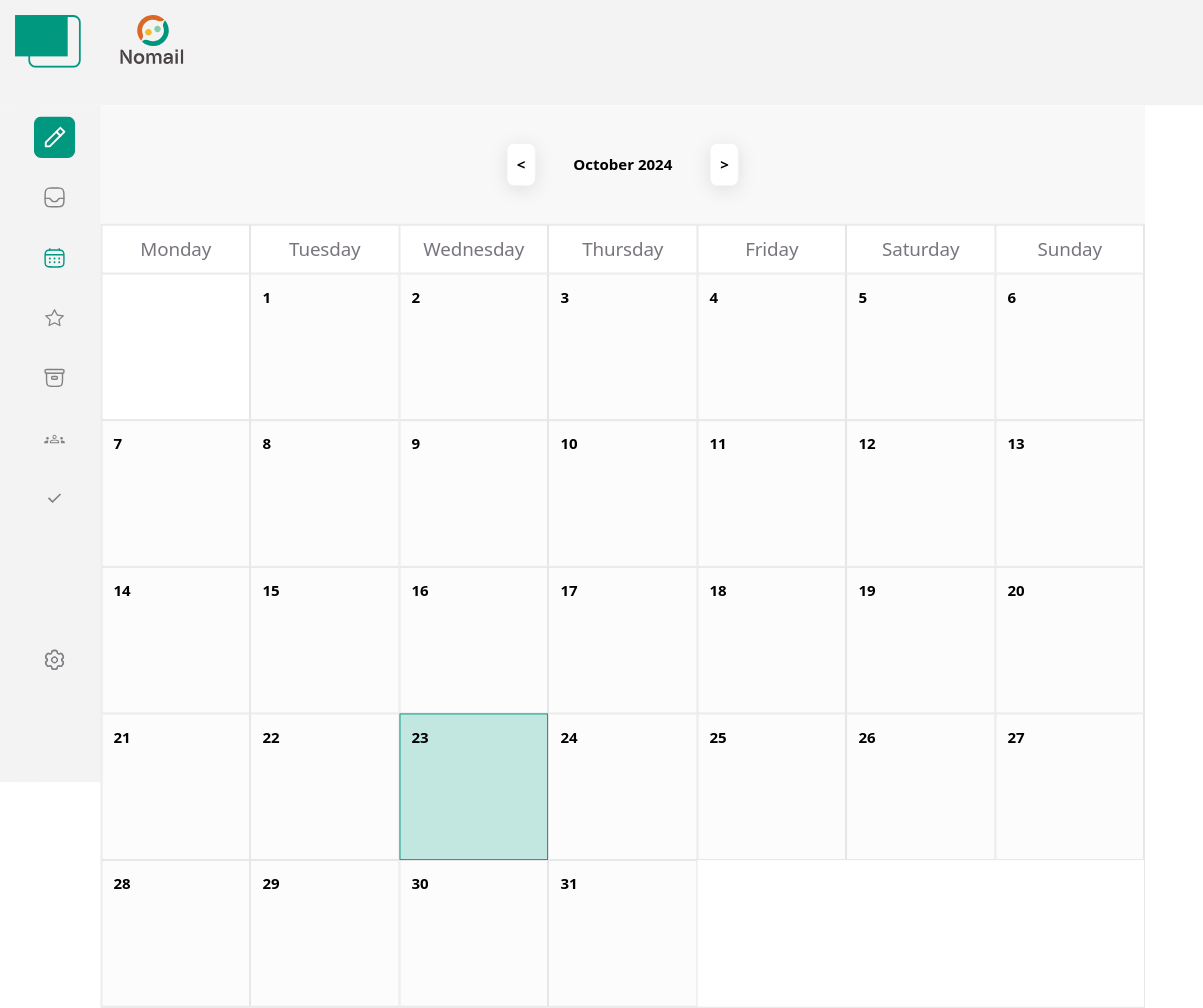
Repository: Tofigkh1/Nomail-App
Page: /calendar
These files come from the project's save history. The page is drawn as it stood at one moment and after the next save; the edit follows.
The browser window is 1280 px wide. The pictures show the whole page, at 94% of full size.
The project was rebuilt for these pictures with package versions that can differ from the ones it lists, and the page was loaded fresh each time. The framework's server and built-in components were replaced by stand-ins that run in the browser. Also part of the build but not shown: next.config.mjs, components/shared/svg/calendarSvg.jsx.

Above is the page before, as saved 2024-10-23 03:18:16.

### app/layout.tsx
import type { Metadata } from "next";
import localFont from "next/font/local";
import "./Styles/globals.css";
import Header from "@/components/shared/client/Header/header";

const geistSans = localFont({
  src: "./fonts/GeistVF.woff",
  variable: "--font-geist-sans",
  weight: "100 900",
});
const geistMono = localFont({
  src: "./fonts/GeistMonoVF.woff",
  variable: "--font-geist-mono",
  weight: "100 900",
});

export const metadata: Metadata = {
  title: "Create Next App",
  description: "Generated by create next app",
};

export default function RootLayout({
  children,
}: Readonly<{
  children: React.ReactNode;
}>) {
  return (
    <html lang="en">
      <body
        className={`${geistSans.variable} ${geistMono.variable} antialiased`}
      >
        {children}

      </body>
    </html>
  );
}

### app/Styles/globals.css
@tailwind base;
@tailwind components;
@tailwind utilities;


.App {
  font-family: sans-serif;
  text-align: center;
}


:root {
  --background: #ffffff;
  --foreground: #171717;
}

@media (prefers-color-scheme: dark) {
  :root {
    --background: #0a0a0a;
    --foreground: #ededed;
  }
}


@layer utilities {
  .text-balance {
    text-wrap: balance;
  }
}

### components/shared/client/Header/header.tsx
import { useContext } from "react";
import { SidebarContext } from '../SideBarMenu/sideBarMenu'; // Import context
import NomailLogo from "@/components/shared/svg/headerlLogoSvg";
import HamburgerBtnSvg from "../../svg/hamburgerBtnSvg"



export default function Header() {

    const { expanded, setExpanded } = useContext(SidebarContext); // Access context

    return (
        <div className="flex items-center justify-between p-4 bg-headerColor text-white">
            <div className='w-auto h-20 flex gap-14'>

                <div>
                    <button onClick={() => setExpanded(!expanded)}
                            className="pl-3.5 bg-textColorGreen hover:bg-clientButtonGreen w-14 h-11">
                        <HamburgerBtnSvg/>
                    </button>
                </div>

                <div>
                    <NomailLogo/>
                </div>


            </div>
        </div>
    );
}

### components/shared/client/SideBarMenu/sideBarMenu.tsx
import React, { useState, useContext, ReactNode } from "react";
import { ChevronFirst, ChevronLast } from "lucide-react";

export const SidebarContext = React.createContext<{ expanded: boolean; setExpanded: (expanded: boolean) => void; }>({
    expanded: false,
    setExpanded: () => {},
});

// Sidebar component now depends on context for state
export default function Sidebar({ children }: { children: ReactNode }) {
    const { expanded, setExpanded } = useContext(SidebarContext);

    return (
        <aside className="h-screen bg-headerColor">
            <nav
                className={`h-full flex flex-col bg-headerColor border-r border-whiteLight3 transition-all duration-200 ease-in-out ml-3 ${expanded ? "w-[127%] h-[130%] " : "w-[99px]"}`}>

                <ul className=" flex-1 px-3">{children}</ul>
            </nav>
        </aside>
    );
}

// SidebarItem component for individual items inside the sidebar
type SidebarItemProps = {
    icon: ReactNode;   // Icon to display in the sidebar item
    text: string;      // Text to display in the sidebar item
    active: boolean;   // Boolean to determine if the item is active (highlighted)
    onClick: () => void; // Add onClick function to handle clicks
    style?: React.CSSProperties;
};

export function SidebarItem({icon, text, active, onClick,style}: SidebarItemProps) {
    const context = useContext(SidebarContext); // Sidebar context to manage expanded/collapsed state
    const {expanded} = context!;

    return (
        <li
            onClick={onClick} // Attach the click handler here
            style={style}
            className={`group relative flex items-center py-2 px-3 my-1 font-medium rounded-md cursor-pointer duration-300 ease-in-out transition-colors
          ${
                active
                    ? " text-mainRedLight " // Active item style
                    : " text-gray-600 " // Hover style for non-active items
            }`}
        >

            <span className="text-xl transition-all duration-300 ease-in-out">
        {icon}
      </span>

            {/* Text büyütüldü ve boşluk artırıldı */}
            {expanded && (
                <span className="ml-4 text-xl text-black transition-all duration-300 ease-in-out ">
          {text}
        </span>
            )}

            {/* Navbar kapalıyken hover ile çıkan isimler için arka plan yeşil yapıldı */}
            {!expanded && (
                <span
                    className={` absolute left-full whitespace-nowrap bg-textColorGreen text-white rounded-md py-1 px-2 transition-all duration-300 ease-in-out ml-2 opacity-0 group-hover:opacity-100`}
                >
          {text}
        </span>
            )}
        </li>
    );
}

### components/shared/svg/newMail.jsx
'use client'
export default function  newMail(){
    return(
        <>
            <svg width="44" height="44" viewBox="0 0 44 44" fill="none" xmlns="http://www.w3.org/2000/svg">
                <rect width="44" height="44" rx="8" fill="#00987F"/>
                <path fill-rule="evenodd" clip-rule="evenodd"
                      d="M27.5115 11.2439C27.902 10.8534 28.5351 10.8534 28.9257 11.2438L33.1687 15.4863C33.3562 15.6739 33.4616 15.9282 33.4616 16.1935C33.4616 16.4587 33.3562 16.7131 33.1687 16.9006L17.6122 32.4571C17.4247 32.6446 17.1703 32.75 16.9051 32.75H12.6626C12.1103 32.75 11.6626 32.3023 11.6626 31.75V27.5075C11.6626 27.2423 11.768 26.9879 11.9555 26.8004L27.5115 11.2439ZM28.2187 13.3652L13.6626 27.9217V30.75H16.4909L31.0473 16.1935L28.2187 13.3652Z"
                      fill="white"/>
                <path fill-rule="evenodd" clip-rule="evenodd"
                      d="M23.269 15.4864C23.6595 15.0959 24.2927 15.0959 24.6832 15.4864L28.9257 19.7289C29.3162 20.1194 29.3162 20.7526 28.9257 21.1431C28.5352 21.5336 27.902 21.5336 27.5115 21.1431L23.269 16.9006C22.8784 16.5101 22.8784 15.8769 23.269 15.4864Z"
                      fill="white"/>
            </svg>


        </>
    )
}

### components/shared/svg/FavoritesSvg.jsx
'use client'
export default function  favoritesSvg(){
    return(
        <>
            <svg width="44" height="44" viewBox="0 0 44 44" fill="none" xmlns="http://www.w3.org/2000/svg">
                <path
                    d="M15.5808 30.2201C15.4833 30.7528 16.0307 31.1692 16.5132 30.9316L22.0006 28.2246L27.4868 30.9316C27.9693 31.1692 28.5168 30.7528 28.4193 30.2213L27.3818 24.5457L31.7842 20.5188C32.1967 20.142 31.9842 19.4533 31.4317 19.3789L25.3093 18.5438L22.5794 13.3517C22.5274 13.2465 22.4453 13.1576 22.3428 13.0953C22.2402 13.0331 22.1214 13 22 13C21.8787 13 21.7598 13.0331 21.6573 13.0953C21.5547 13.1576 21.4727 13.2465 21.4206 13.3517L18.6907 18.545L12.5683 19.3801C12.0171 19.4545 11.8033 20.1432 12.2146 20.52L16.6182 24.5469L15.5808 30.2225V30.2201ZM21.7119 26.8999L17.1045 29.1725L17.972 24.4245C17.9928 24.3152 17.9852 24.2026 17.9496 24.0969C17.914 23.9911 17.8517 23.8955 17.7682 23.8185L14.1358 20.4948L19.2007 19.8037C19.3054 19.788 19.4046 19.7484 19.4901 19.6883C19.5756 19.6281 19.6448 19.5492 19.6919 19.4581L21.9981 15.0688L24.3068 19.4581C24.354 19.5492 24.4232 19.6281 24.5086 19.6883C24.5941 19.7484 24.6934 19.788 24.7981 19.8037L29.863 20.4936L26.2306 23.8173C26.1469 23.8944 26.0844 23.9903 26.0488 24.0962C26.0133 24.2022 26.0057 24.315 26.0268 24.4245L26.8943 29.1725L22.2869 26.8999C22.1979 26.8555 22.0991 26.8324 21.9988 26.8324C21.8985 26.8324 21.8009 26.8555 21.7119 26.8999Z"
                    fill="#A4A4A9"/>
                <path
                    d="M15.5808 30.2201C15.4833 30.7528 16.0307 31.1692 16.5132 30.9316L22.0006 28.2246L27.4868 30.9316C27.9693 31.1692 28.5168 30.7528 28.4193 30.2213L27.3818 24.5457L31.7842 20.5188C32.1967 20.142 31.9842 19.4533 31.4317 19.3789L25.3093 18.5438L22.5794 13.3517C22.5274 13.2465 22.4453 13.1576 22.3428 13.0953C22.2402 13.0331 22.1214 13 22 13C21.8787 13 21.7598 13.0331 21.6573 13.0953C21.5547 13.1576 21.4727 13.2465 21.4206 13.3517L18.6907 18.545L12.5683 19.3801C12.0171 19.4545 11.8033 20.1432 12.2146 20.52L16.6182 24.5469L15.5808 30.2225V30.2201ZM21.7119 26.8999L17.1045 29.1725L17.972 24.4245C17.9928 24.3152 17.9852 24.2026 17.9496 24.0969C17.914 23.9911 17.8517 23.8955 17.7682 23.8185L14.1358 20.4948L19.2007 19.8037C19.3054 19.788 19.4046 19.7484 19.4901 19.6883C19.5756 19.6281 19.6448 19.5492 19.6919 19.4581L21.9981 15.0688L24.3068 19.4581C24.354 19.5492 24.4232 19.6281 24.5086 19.6883C24.5941 19.7484 24.6934 19.788 24.7981 19.8037L29.863 20.4936L26.2306 23.8173C26.1469 23.8944 26.0844 23.9903 26.0488 24.0962C26.0133 24.2022 26.0057 24.315 26.0268 24.4245L26.8943 29.1725L22.2869 26.8999C22.1979 26.8555 22.0991 26.8324 21.9988 26.8324C21.8985 26.8324 21.8009 26.8555 21.7119 26.8999Z"
                    fill="black" fill-opacity="0.2"/>
            </svg>


        </>
    )
}

### components/shared/svg/ArchiveSvg.jsx
'use client'
export default function archiveSvg(){
    return(
        <>
            <svg width="44" height="44" viewBox="0 0 44 44" fill="none" xmlns="http://www.w3.org/2000/svg">
                <path
                    d="M19 22C19 21.534 19 21.301 19.076 21.117C19.1777 20.8725 19.3723 20.6783 19.617 20.577C19.801 20.5 20.034 20.5 20.5 20.5H23.5C23.966 20.5 24.199 20.5 24.383 20.576C24.6275 20.6777 24.8217 20.8723 24.923 21.117C25 21.301 25 21.534 25 22C25 22.466 25 22.699 24.924 22.883C24.8223 23.1275 24.6277 23.3217 24.383 23.423C24.199 23.5 23.966 23.5 23.5 23.5H20.5C20.034 23.5 19.801 23.5 19.617 23.424C19.3725 23.3223 19.1783 23.1277 19.077 22.883C19 22.699 19 22.466 19 22Z"
                    stroke="#A4A4A9" stroke-width="1.5"/>
                <path
                    d="M19 22C19 21.534 19 21.301 19.076 21.117C19.1777 20.8725 19.3723 20.6783 19.617 20.577C19.801 20.5 20.034 20.5 20.5 20.5H23.5C23.966 20.5 24.199 20.5 24.383 20.576C24.6275 20.6777 24.8217 20.8723 24.923 21.117C25 21.301 25 21.534 25 22C25 22.466 25 22.699 24.924 22.883C24.8223 23.1275 24.6277 23.3217 24.383 23.423C24.199 23.5 23.966 23.5 23.5 23.5H20.5C20.034 23.5 19.801 23.5 19.617 23.424C19.3725 23.3223 19.1783 23.1277 19.077 22.883C19 22.699 19 22.466 19 22Z"
                    stroke="black" stroke-opacity="0.2" stroke-width="1.5"/>
                <path
                    d="M30.5 17V23C30.5 26.771 30.5 28.657 29.328 29.828C28.157 31 26.271 31 22.5 31H21.5C17.729 31 15.843 31 14.672 29.828C13.5 28.657 13.5 26.771 13.5 23V17"
                    stroke="#A4A4A9" stroke-width="1.5" stroke-linecap="round"/>
                <path
                    d="M30.5 17V23C30.5 26.771 30.5 28.657 29.328 29.828C28.157 31 26.271 31 22.5 31H21.5C17.729 31 15.843 31 14.672 29.828C13.5 28.657 13.5 26.771 13.5 23V17"
                    stroke="black" stroke-opacity="0.2" stroke-width="1.5" stroke-linecap="round"/>
                <path
                    d="M12 15C12 14.057 12 13.586 12.293 13.293C12.586 13 13.057 13 14 13H30C30.943 13 31.414 13 31.707 13.293C32 13.586 32 14.057 32 15C32 15.943 32 16.414 31.707 16.707C31.414 17 30.943 17 30 17H14C13.057 17 12.586 17 12.293 16.707C12 16.414 12 15.943 12 15Z"
                    stroke="#A4A4A9" stroke-width="1.5"/>
                <path
                    d="M12 15C12 14.057 12 13.586 12.293 13.293C12.586 13 13.057 13 14 13H30C30.943 13 31.414 13 31.707 13.293C32 13.586 32 14.057 32 15C32 15.943 32 16.414 31.707 16.707C31.414 17 30.943 17 30 17H14C13.057 17 12.586 17 12.293 16.707C12 16.414 12 15.943 12 15Z"
                    stroke="black" stroke-opacity="0.2" stroke-width="1.5"/>
            </svg>

        </>
    )
}

### components/shared/svg/TodoSvg.jsx
'use client'
export default function  todoSvg(){
    return(
        <>
            <svg width="44" height="44" viewBox="0 0 44 44" fill="none" xmlns="http://www.w3.org/2000/svg">
                <path d="M19.8957 27L15 22.2599L16.2239 21.0748L19.8957 24.6299L27.7761 17L29 18.185L19.8957 27Z"
                      fill="#A4A4A9"/>
                <path d="M19.8957 27L15 22.2599L16.2239 21.0748L19.8957 24.6299L27.7761 17L29 18.185L19.8957 27Z"
                      fill="black" fill-opacity="0.2"/>
            </svg>

        </>
    )
}

### components/shared/svg/calendarActiveSvg.jsx
'use client'
export default function  calendarActiveSvg(){
    return(
        <>



     <svg width="44" height="44" viewBox="0 0 44 44" fill="none" xmlns="http://www.w3.org/2000/svg">
<path fill-rule="evenodd" clip-rule="evenodd" d="M15.711 14.8898C14.7049 15.0251 14.1254 15.2789 13.7026 15.7021C13.2793 16.125 13.0251 16.7049 12.8898 17.711C12.7516 18.7386 12.75 20.0933 12.75 22V24C12.75 25.9067 12.7516 27.2614 12.8898 28.289C13.0251 29.2951 13.2789 29.8746 13.7021 30.2974C14.125 30.7207 14.7049 30.9749 15.711 31.1102C16.7386 31.2484 18.0933 31.25 20 31.25H24C25.9067 31.25 27.2614 31.2484 28.289 31.1102C29.2951 30.9749 29.8746 30.7211 30.2974 30.2979C30.7207 29.875 30.9749 29.2951 31.1102 28.289C31.2484 27.2614 31.25 25.9067 31.25 24V22C31.25 20.0933 31.2484 18.7386 31.1102 17.711C30.9749 16.7049 30.7211 16.1254 30.2979 15.7026C29.875 15.2793 29.2951 15.0251 28.289 14.8898C27.2614 14.7516 25.9067 14.75 24 14.75H20C18.0933 14.75 16.7386 14.7516 15.711 14.8898ZM19.9436 13.25H24.0564C25.8941 13.25 27.3497 13.25 28.489 13.4032C29.6612 13.5608 30.6101 13.893 31.3581 14.6414C32.1069 15.3896 32.4391 16.3386 32.5968 17.511C32.75 18.6503 32.75 20.1059 32.75 21.9436V24.0565C32.75 25.8941 32.75 27.3498 32.5968 28.489C32.4391 29.6613 32.1069 30.6102 31.3583 31.3583C30.6102 32.1069 29.6613 32.4391 28.489 32.5968C27.3498 32.75 25.8941 32.75 24.0565 32.75H19.9436C18.1059 32.75 16.6503 32.75 15.511 32.5968C14.3386 32.4391 13.3896 32.1069 12.6414 31.3581C11.893 30.6101 11.5608 29.6612 11.4032 28.489C11.25 27.3497 11.25 25.8941 11.25 24.0564V21.9436C11.25 20.1059 11.25 18.6503 11.4032 17.511C11.5609 16.3387 11.8931 15.3898 12.6417 14.6417C13.3898 13.8931 14.3387 13.5609 15.511 13.4032C16.6503 13.25 18.1059 13.25 19.9436 13.25Z" fill="#00987F"/>
<path fill-rule="evenodd" clip-rule="evenodd" d="M17 11.75C17.4142 11.75 17.75 12.0858 17.75 12.5V14C17.75 14.4142 17.4142 14.75 17 14.75C16.5858 14.75 16.25 14.4142 16.25 14V12.5C16.25 12.0858 16.5858 11.75 17 11.75ZM27 11.75C27.4142 11.75 27.75 12.0858 27.75 12.5V14C27.75 14.4142 27.4142 14.75 27 14.75C26.5858 14.75 26.25 14.4142 26.25 14V12.5C26.25 12.0858 26.5858 11.75 27 11.75ZM11.75 19C11.75 18.5858 12.0858 18.25 12.5 18.25H31.5C31.9142 18.25 32.25 18.5858 32.25 19C32.25 19.4142 31.9142 19.75 31.5 19.75H12.5C12.0858 19.75 11.75 19.4142 11.75 19Z" fill="#00987F"/>
<path d="M28 27C28 27.2652 27.8946 27.5196 27.7071 27.7071C27.5196 27.8946 27.2652 28 27 28C26.7348 28 26.4804 27.8946 26.2929 27.7071C26.1054 27.5196 26 27.2652 26 27C26 26.7348 26.1054 26.4804 26.2929 26.2929C26.4804 26.1054 26.7348 26 27 26C27.2652 26 27.5196 26.1054 27.7071 26.2929C27.8946 26.4804 28 26.7348 28 27ZM28 23C28 23.2652 27.8946 23.5196 27.7071 23.7071C27.5196 23.8946 27.2652 24 27 24C26.7348 24 26.4804 23.8946 26.2929 23.7071C26.1054 23.5196 26 23.2652 26 23C26 22.7348 26.1054 22.4804 26.2929 22.2929C26.4804 22.1054 26.7348 22 27 22C27.2652 22 27.5196 22.1054 27.7071 22.2929C27.8946 22.4804 28 22.7348 28 23ZM23 27C23 27.2652 22.8946 27.5196 22.7071 27.7071C22.5196 27.8946 22.2652 28 22 28C21.7348 28 21.4804 27.8946 21.2929 27.7071C21.1054 27.5196 21 27.2652 21 27C21 26.7348 21.1054 26.4804 21.2929 26.2929C21.4804 26.1054 21.7348 26 22 26C22.2652 26 22.5196 26.1054 22.7071 26.2929C22.8946 26.4804 23 26.7348 23 27ZM23 23C23 23.2652 22.8946 23.5196 22.7071 23.7071C22.5196 23.8946 22.2652 24 22 24C21.7348 24 21.4804 23.8946 21.2929 23.7071C21.1054 23.5196 21 23.2652 21 23C21 22.7348 21.1054 22.4804 21.2929 22.2929C21.4804 22.1054 21.7348 22 22 22C22.2652 22 22.5196 22.1054 22.7071 22.2929C22.8946 22.4804 23 22.7348 23 23ZM18 27C18 27.2652 17.8946 27.5196 17.7071 27.7071C17.5196 27.8946 17.2652 28 17 28C16.7348 28 16.4804 27.8946 16.2929 27.7071C16.1054 27.5196 16 27.2652 16 27C16 26.7348 16.1054 26.4804 16.2929 26.2929C16.4804 26.1054 16.7348 26 17 26C17.2652 26 17.5196 26.1054 17.7071 26.2929C17.8946 26.4804 18 26.7348 18 27ZM18 23C18 23.2652 17.8946 23.5196 17.7071 23.7071C17.5196 23.8946 17.2652 24 17 24C16.7348 24 16.4804 23.8946 16.2929 23.7071C16.1054 23.5196 16 23.2652 16 23C16 22.7348 16.1054 22.4804 16.2929 22.2929C16.4804 22.1054 16.7348 22 17 22C17.2652 22 17.5196 22.1054 17.7071 22.2929C17.8946 22.4804 18 22.7348 18 23Z" fill="#00987F"/>
</svg>



        </>
    )
}

### components/shared/svg/hamburgerBtnSvg.jsx
'use client'
export default function  HamburgerBtnSvg(){
    return(
        <>
            <svg width="56" height="56" viewBox="0 0 56 56" fill="none" xmlns="http://www.w3.org/2000/svg">
                <rect x="1" y="1" width="54" height="54" rx="7" stroke="#00987F" stroke-width="2"/>
                <path d="M19 22H37V24H19V22ZM19 27H37V29H19V27ZM19 32H37V34H19V32Z" fill="#00987F"/>
            </svg>


        </>
    )
}

### components/shared/client/Calendar/Calendar.css
.calendar-container {
    width: 90%;
    background-color: #f8f8f8;
    color: black;
    margin: 0 auto;
  }

  .calendar-header {
    display: flex;
    justify-content: center;
    align-items: center;
    gap: 40px;
    padding: 40px 0;
  }

  .calendar-header button {
    background-color: white;
    color: black;
    border-radius: 8px;
    border: 1px solid #f2f2f7;
    padding: 10px;
    cursor: pointer;
    box-shadow: 0px 4px 20px 0px rgba(0, 0, 0, 0.1);
  }

  .calendar-header span {
    font-weight: bold;
  }

  .calendar-grid {
    display: grid;
    grid-template-columns: repeat(7, 1fr);
    justify-content: center;
    align-items: center;
    border: 1px solid #e5e5e5;
    background-color: #fff;
  }

  .calendar-day-name {
    font-size: 20px;
    font-style: normal;
    font-weight: 400;
    letter-spacing: -0.15px;
    color: #79747e;
    padding: 10px;
    border: 1px solid #e5e5e5;
    width: 100%;
    text-align: center;
  }

  .calendar-day {
    background-color: #f0f0f0;
    text-align: center;
    cursor: pointer;
    display: flex;
    width: 100%;
    border: 1px solid #e5e5e5;
    padding: 12px;
    height: 156px;
    flex-direction: column;
    align-items: flex-start;
    background-color: #fcfcfc;
  }
  .calendar-day:hover {
    background-color: #e5e5ea;
  }

  .calendar-day.today {
    border: 1px solid #00987f;
    background-color: #00987f3d;
  }

  .calendar-day.empty {
    background-color: transparent;
    cursor: default;
  }

  .calendar-popup {
    position: fixed;
    top: 20%;
    left: 50%;
    transform: translate(-50%, 0);
    background-color: white;
    border: 1px solid #ddd;
    box-shadow: 0 2px 10px rgba(0, 0, 0, 0.1);
    z-index: 1000;
    display: flex;
    flex-direction: column;
    gap: 5px;
  }

  .popup-header {
    width: 100%;
    display: flex;
    justify-content: space-between;
    box-shadow: 2px 2px 40px 0px rgba(0, 0, 0, 0.16);
    padding: 10px;
  }

  .discard-btn,
  .save-btn {
    background-color: #fff;
    border: none;
    padding: 5px 10px;
    cursor: pointer;
    font-size: 14px;
    border-radius: 4px;
  }
  .popup-external {
    display: flex;
    justify-content: space-between;
    align-items: center;
  }
  .save-btn {
    background-color: #00987f;
    color: white;
    display: flex;
    align-items: center;
    justify-content: space-between;
    gap: 5px;
    padding: 7.5px 8px;
  }

  .discard-btn {
    color: white;
    display: flex;
    align-items: flex-start;
    gap: 8px;
    color: black;
  }

  .popup-content {
    display: flex;
    flex-direction: column;
    gap: 10px;
    padding: 10px;
  }
  .firstContainer {
    display: flex;
    justify-content: center;
    gap: 10px;
    padding: 10px;
  }
  .secondContainer {
    display: flex;
    align-items: center;
    gap: 10px;
    padding: 10px;
  }
  .thirdContainer {
    display: flex;
    align-items: center;
    gap: 10px;
    padding: 10px;
  }
  .inputContainers {
    display: flex;
    gap: 10px;
  }
  .dateInput {
    padding: 5px;
    border: 1px solid #e5e5e5;
    border-radius: 10px;
  }
  .timeInput {
    padding: 5px;
    border: 1px solid #e5e5e5;
    border-radius: 10px;
  }
  .textAreaInput {
      padding: 5px;
      width: 100%;
  }
  .textAreaInput:focus {
      outline: none;
      border-bottom: 2px solid #00987f;
  }
  .textInput {
      padding: 5px;
  }
  .textInput:focus {
      outline: none;
      border-bottom: 2px solid #00987f;
  }
  .event-list {
      width: 100%;
      height: 100%;
      display: flex;
      align-items: end;
  }
  .event-item {
      display: flex;
      justify-content: space-between;
      align-items: center;
      width: 100%;
  }
  .goldenText {
      color: #FFC531;
  }


  /* Toggle düğmesi (switch) stil */
  .switch {
      position: relative;
      display: inline-block;
      width: 50px;
      height: 24px;
    }

    /* Gizlenen varsayılan checkbox */
    .switch input {
      opacity: 0;
      width: 0;
      height: 0;
    }

    /* Slider stil (toggle kısmı) */
    .slider {
      position: absolute;
      cursor: pointer;
      top: 0;
      left: 0;
      right: 0;
      bottom: 0;
      background-color: #ccc;
      transition: 0.4s;
      border-radius: 34px;
    }

    .slider:before {
      position: absolute;
      content: "";
      height: 20px;
      width: 20px;
      left: 4px;
      bottom: 2px;
      background-color: white;
      transition: 0.4s;
      border-radius: 50%;
    }

    /* Checkbox checked olunca stil */
    input:checked + .slider {
      background-color: #2196F3;
    }

    /* Toggle yuvarlağının sağa geçmesi */
    input:checked + .slider:before {
      transform: translateX(26px);
    }

    /* Slider yuvarlatılmış köşeler */
    .slider.round {
      border-radius: 34px;
    }

    .slider.round:before {
        border-radius:50%;
}

### tailwind.config.ts
import type { Config } from "tailwindcss";

const config: Config = {
  content: [
    "./pages/**/*.{js,ts,jsx,tsx,mdx}",
    "./components/**/*.{js,ts,jsx,tsx,mdx}",
    "./app/**/*.{js,ts,jsx,tsx,mdx}",
  ],
  theme: {
    extend: {
      colors: {
        background: "var(--background)",
        foreground: "var(--foreground)",
        headerColor: "#F3F3F3",
        textColorGreen: "#00987F",
        textGray: "#A4A4A9",
        sideBarColor: "#E5E5E5",
        textColGreen: "#00987F",
        bordersColor: "#D1D1D6"
      },
    },
  },
  plugins: [],
};
export default config;

Loaded but not shown: components/shared/svg/settingSvg.jsx (25 lines, source omitted); components/shared/client/Calendar/index.jsx (361 lines, source omitted); components/shared/svg/InboxSvg.jsx (17 lines, source omitted); components/shared/svg/groupSvg.jsx (17 lines, source omitted); components/shared/svg/headerlLogoSvg.jsx (38 lines, source omitted); app/calendar/page.tsx (100 lines, source omitted)

After the next save:
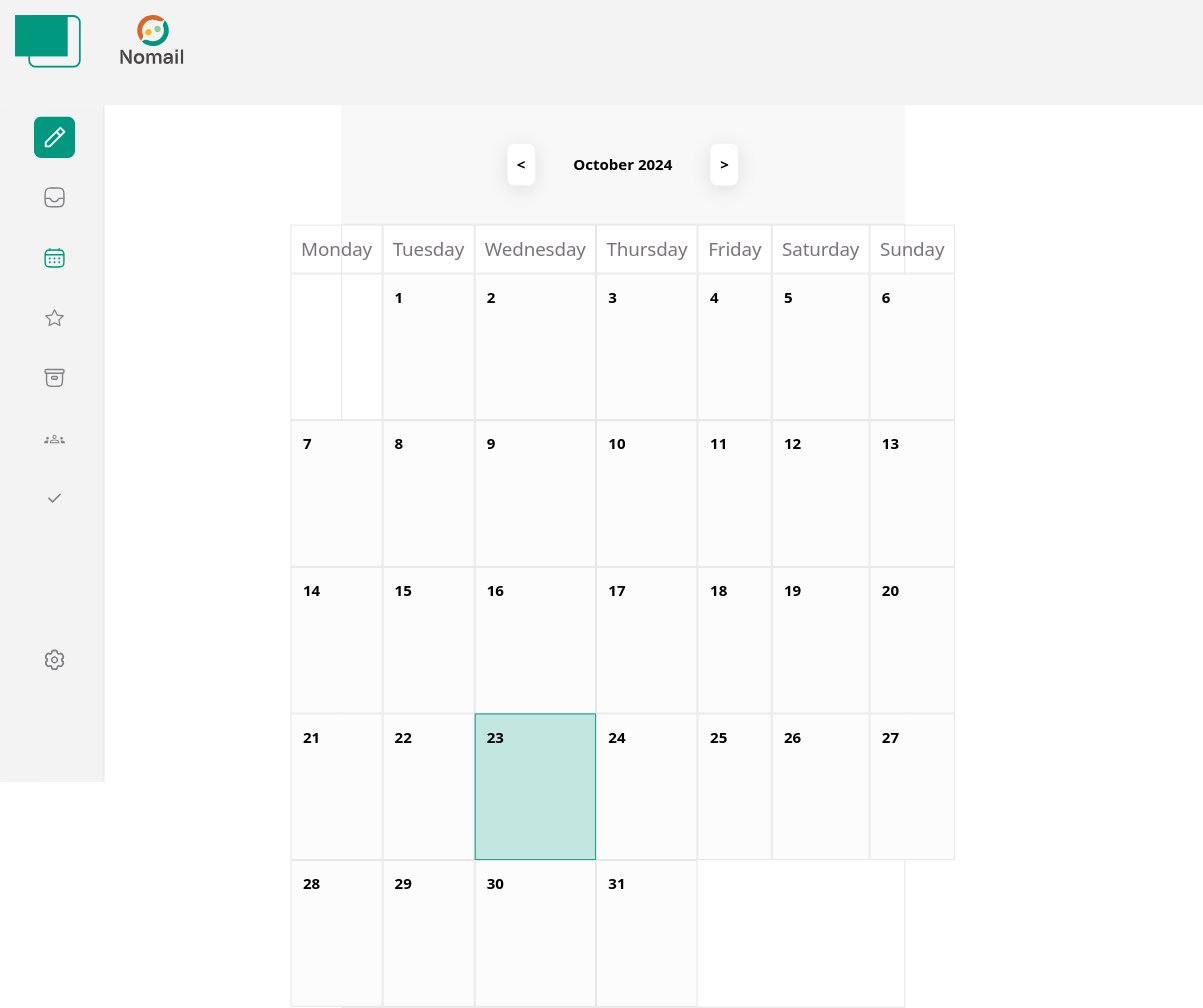
Saved 11 s later.
--- a/components/shared/client/Calendar/Calendar.css
+++ b/components/shared/client/Calendar/Calendar.css
@@ -1,5 +1,5 @@
 .calendar-container {
-    width: 90%;
+    width: 600px;
     background-color: #f8f8f8;
     color: black;
     margin: 0 auto;
